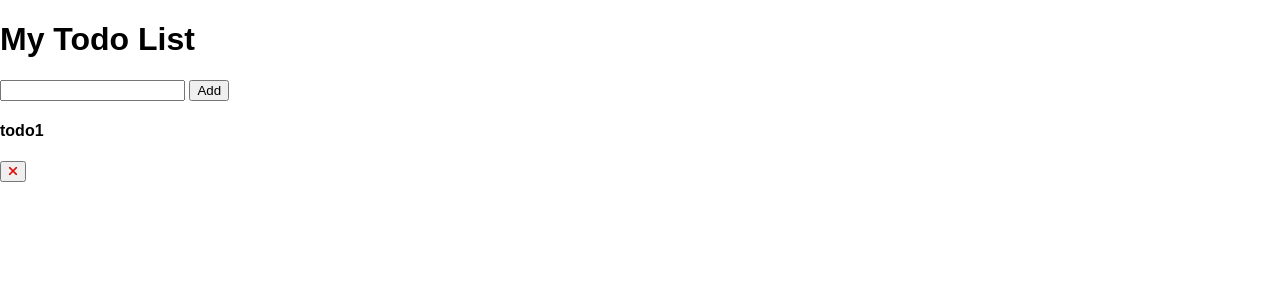
Repository: harshit-technocrat11/basic-DOM-projects
Page: 03-todo-list/index.html
These files come from the project's save history. The page is drawn as it stood at one moment and after a run of saves; the edit follows.
The browser window is 1280 px wide. The pictures show the whole page.

Above is the page before, as saved 2025-09-07 19:24:48.

### 03-todo-list/index.html
<!DOCTYPE html>
<html lang="en">
<head>
    <meta charset="UTF-8">
    <meta name="viewport" content="width=device-width, initial-scale=1.0">
    <title>Todo list</title>
    <link rel="stylesheet" href="styles/style.css">
    <link rel="stylesheet" href="https://cdnjs.cloudflare.com/ajax/libs/font-awesome/6.5.2/css/all.min.css">

</head>
<body>

    <div class="root-container">
        <h1>My Todo List</h1>

        <div class="search-add">

            <form action="/" method="POST">
                <input type="text" id="user-input" >

                <button id="add-todo">
                    Add
                </button>
            </form>
        </div>

        <div class="display-todos">
             <h4>todo1</h4>
             <button id="delete-todo" type="submit"><i class="fa-solid fa-xmark" style="color: #dd0e0e;"></i></button>

        </div>

    </div>


    <script src="scripts/script.js"></script>
</body>
</html>

### 03-todo-list/styles/style.css

body{
    box-sizing: border-box;
    font-family: Arial, Helvetica, sans-serif;
    margin: 0;
    padding: 0;
    display: flex;
}

root-container{
    display: flex;
    flex-direction: column;
    border: 2px solid black;
    align-self: center;
}

Loaded but not shown: 03-todo-list/scripts/script.js (no stored copy; drawn as an empty file)

After the next 3 saves:
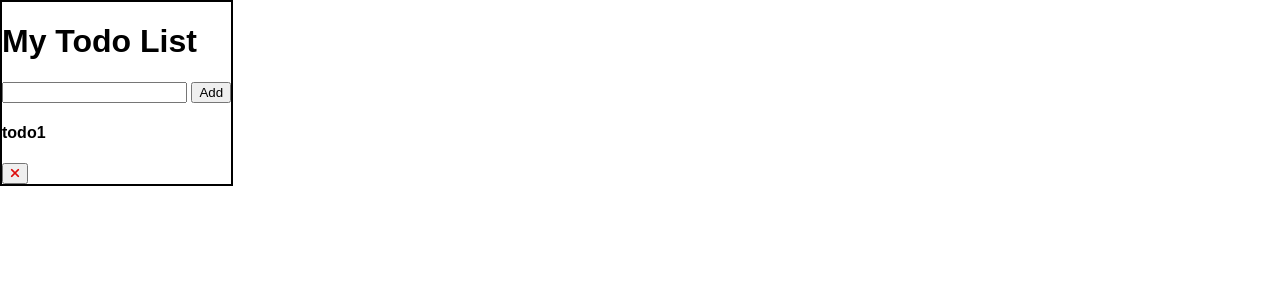
The 3 saves are shown as one change because they came seconds apart.
The last was saved 15 s later.
--- a/03-todo-list/styles/style.css
+++ b/03-todo-list/styles/style.css
@@ -7,9 +7,14 @@ body{
     display: flex;
 }
 
-root-container{
+.root-container{
     display: flex;
     flex-direction: column;
     border: 2px solid black;
     align-self: center;
 }
+
+
+.display-todos{
+
+}
